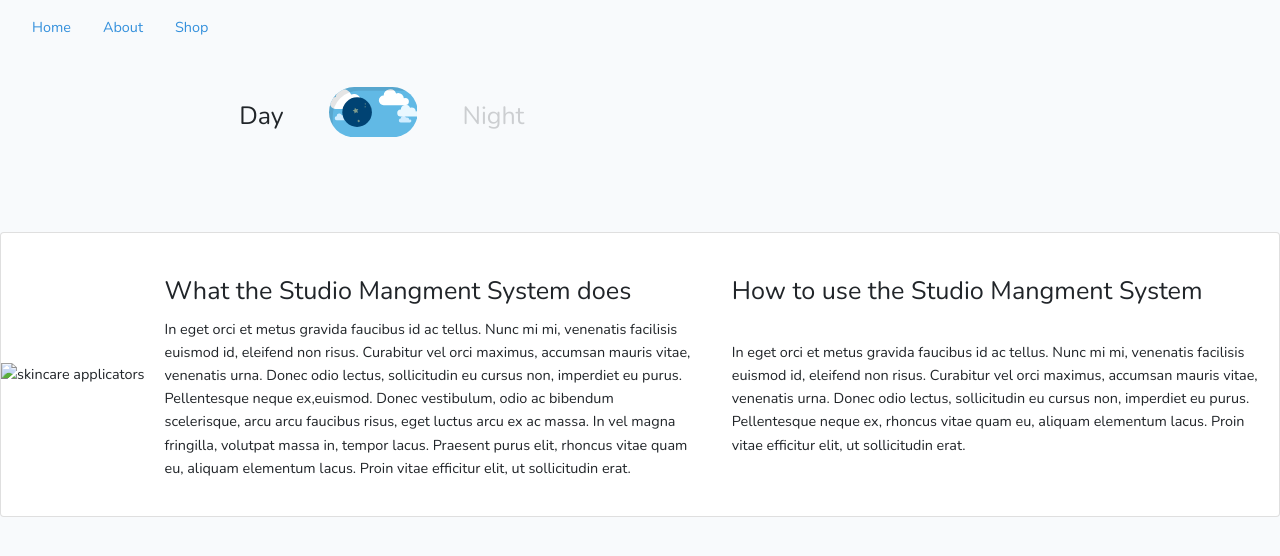
Repository: littae2/simplicite
Page: http://localhost/shop
An editor plug-in stored every save of this project. The page is shown before and after the next save, followed by the edit.
The browser window is 1280 px wide. The pictures show the whole page.
Some web libraries are served in a nearby version. The page is served by the project's Laravel application, run on PHP 8.4 with Laravel 8.

Above is the page before, as saved 2021-08-13 15:44:15.
Console error: ReferenceError: gsap is not defined

After the next save:
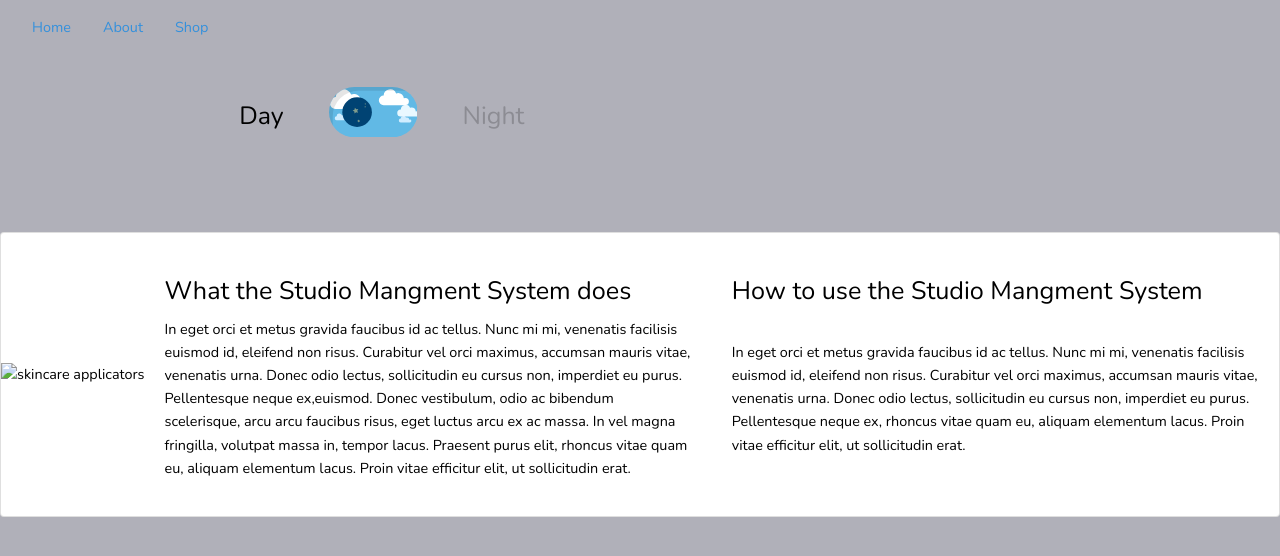
Console error: TypeError: Cannot read properties of null (reading 'addEventListener')
Saved 3 min 53 s later.
--- a/Project/resources/views/layouts/navbar.blade.php
+++ b/Project/resources/views/layouts/navbar.blade.php
@@ -5,6 +5,7 @@
       <a class="nav-link" href="{{url('/upload')}}">Upload</a>
       <a class="nav-link" href="{{url('/enrolment')}}">Enrollment</a>
 </div> -->
+<script src="https://cdnjs.cloudflare.com/ajax/libs/gsap/3.7.1/gsap.min.js"></script>
 <script src="https://code.jquery.com/jquery-3.2.1.slim.min.js" integrity="sha384-KJ3o2DKtIkvYIK3UENzmM7KCkRr/rE9/Qpg6aAZGJwFDMVNA/GpGFF93hXpG5KkN" crossorigin="anonymous"></script>
 <script src="https://cdnjs.cloudflare.com/ajax/libs/popper.js/1.12.9/umd/popper.min.js" integrity="sha384-ApNbgh9B+Y1QKtv3Rn7W3mgPxhU9K/ScQsAP7hUibX39j7fakFPskvXusvfa0b4Q" crossorigin="anonymous"></script>
 <script src="https://maxcdn.bootstrapcdn.com/bootstrap/4.0.0/js/bootstrap.min.js" integrity="sha384-JZR6Spejh4U02d8jOt6vLEHfe/JQGiRRSQQxSfFWpi1MquVdAyjUar5+76PVCmYl" crossorigin="anonymous"></script>

After the save that followed:
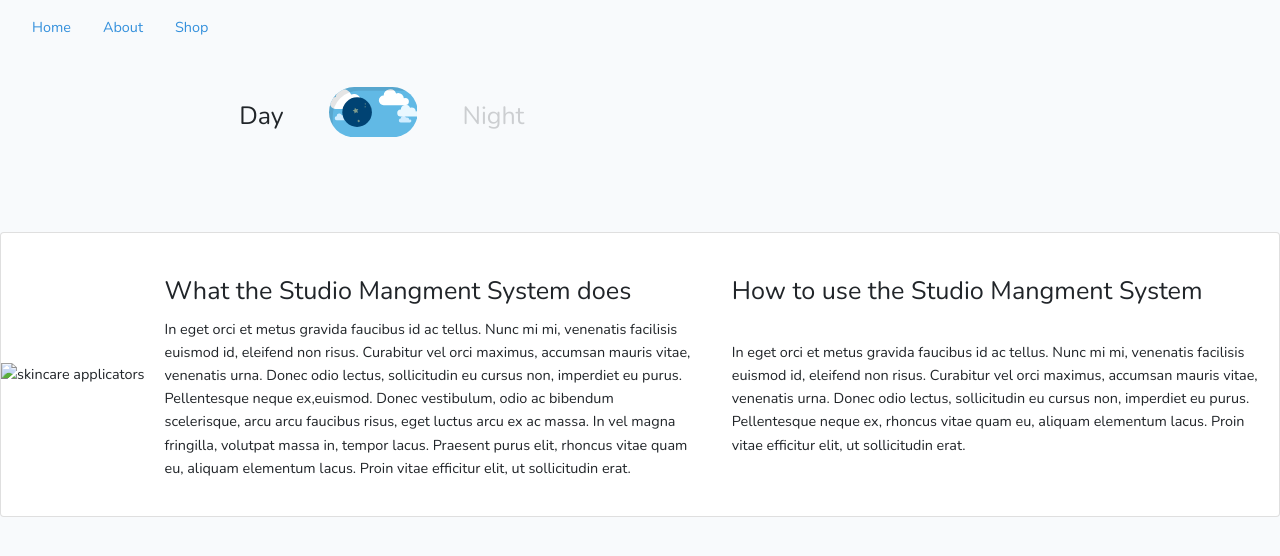
Console error: ReferenceError: gsap is not defined
Saved 66 s later.
--- a/Project/resources/views/layouts/navbar.blade.php
+++ b/Project/resources/views/layouts/navbar.blade.php
@@ -5,7 +5,7 @@
       <a class="nav-link" href="{{url('/upload')}}">Upload</a>
       <a class="nav-link" href="{{url('/enrolment')}}">Enrollment</a>
 </div> -->
-<script src="https://cdnjs.cloudflare.com/ajax/libs/gsap/3.7.1/gsap.min.js"></script>
+
 <script src="https://code.jquery.com/jquery-3.2.1.slim.min.js" integrity="sha384-KJ3o2DKtIkvYIK3UENzmM7KCkRr/rE9/Qpg6aAZGJwFDMVNA/GpGFF93hXpG5KkN" crossorigin="anonymous"></script>
 <script src="https://cdnjs.cloudflare.com/ajax/libs/popper.js/1.12.9/umd/popper.min.js" integrity="sha384-ApNbgh9B+Y1QKtv3Rn7W3mgPxhU9K/ScQsAP7hUibX39j7fakFPskvXusvfa0b4Q" crossorigin="anonymous"></script>
 <script src="https://maxcdn.bootstrapcdn.com/bootstrap/4.0.0/js/bootstrap.min.js" integrity="sha384-JZR6Spejh4U02d8jOt6vLEHfe/JQGiRRSQQxSfFWpi1MquVdAyjUar5+76PVCmYl" crossorigin="anonymous"></script>
